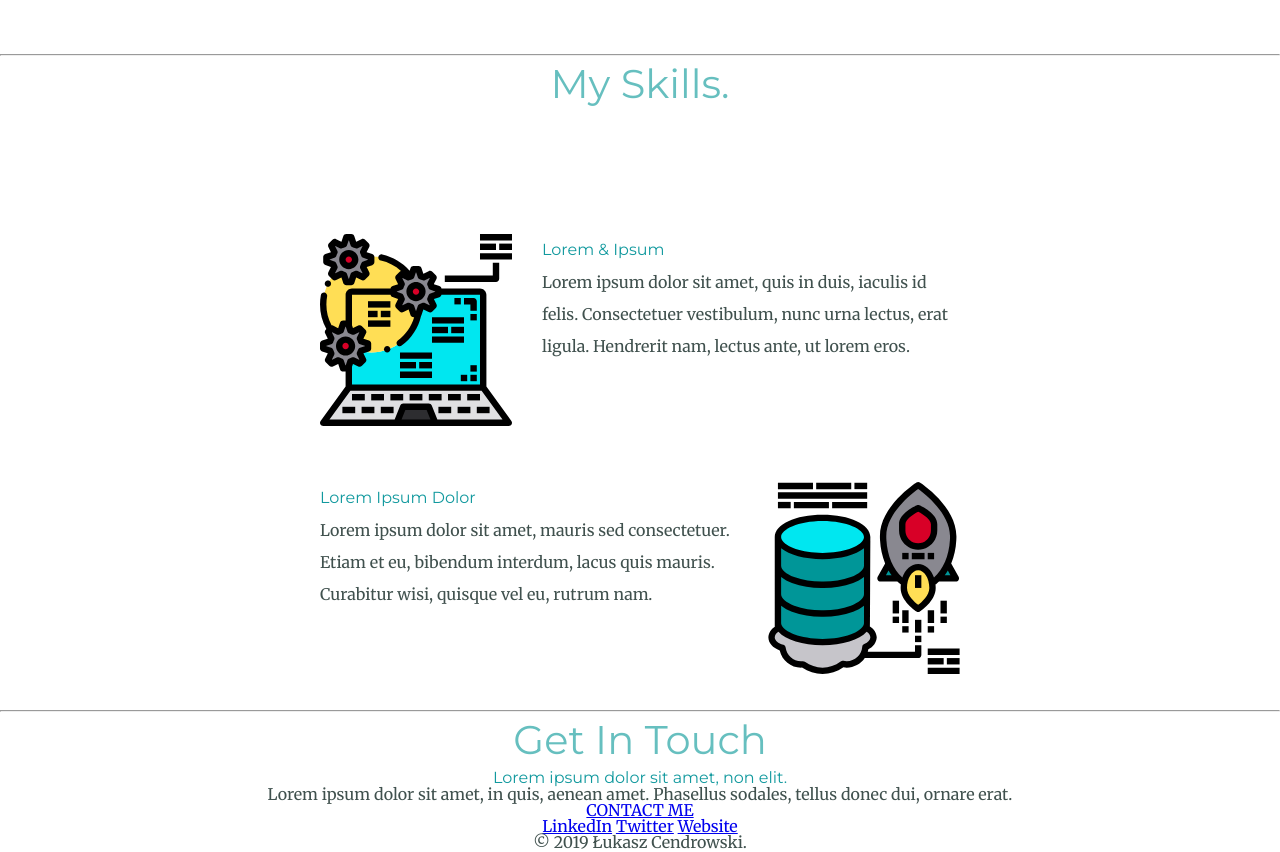
Repository: Isanderr/simple_landing_page-1
Page: index.html
These files come from the project's save history. The page is drawn as it stood at one moment and after the next save; the edit follows.
The browser window is 1280 px wide. The pictures show the part of the page from y = 984 to 1936 px (the page is 1836 px tall before and 1936 px after).
A picture or video elsewhere on the page could not be fetched, so the positions and the page height are approximate.

Above is the page before, as saved 2019-02-01 17:36:07.

### index.html
<!DOCTYPE html>
<html lang="en">

    <head>
        <meta charset="UTF-8">
        <meta name="viewport" content="width=device-width, initial-scale=1.0">
        <meta http-equiv="X-UA-Compatible" content="ie=edge">
        <title>CendrowskiL</title>
        <link rel="stylesheet" href="css/reset.css">
        <link rel="stylesheet" href="css/styles.css">
        <link rel="shortcut icon" href="img/favicon.ico" type="image/x-icon">
        <link href="https://fonts.googleapis.com/css?family=Merriweather|Montserrat|Sacramento" rel="stylesheet">
    </head>

    <body>
    </body>
    <div class="top-container">
        <img class="top-cloud" src="img/cloud.png" alt="cloud-image">
        <h1>I'm Luke</h1>
        <h2>a <span class="pro">pro</span>grammer.</h2>
        <img class="bottom-cloud" src="img/cloud.png" alt="cloud-image">
        <img src="img/mountain.png" alt="mountain-image">
    </div>
    <div class="middle-container">
        <div class="profile">
            <img src="img/man.svg" alt="man" class="man-img">
            <h2>Hello.</h2>
            <p>Lorem ipsum dolor sit amet, vitae volutpat, dui conubia, dolor urna. Non auctor, montes nulla
                distinctio.</p>
        </div>
        <hr>
        <div class="skills">
            <h2>My Skills.</h2>
            <div class="skill-row">
                <img class="computer-img" src="img/optimize.svg" alt="computer">
                <h3>Lorem & Ipsum</h3>
                <p>Lorem ipsum dolor sit amet, quis in duis, iaculis id felis. Consectetuer vestibulum, nunc urna
                    lectus, erat ligula. Hendrerit nam, lectus ante, ut lorem eros.</p>
            </div>
            <div class="skill-row">
                <img src="img/hosting.svg" class="hosting-img" alt="rocket-databes">
                <h3>Lorem Ipsum Dolor</h3>
                <p>Lorem ipsum dolor sit amet, mauris sed consectetuer. Etiam et eu, bibendum interdum, lacus quis
                    mauris. Curabitur wisi, quisque vel eu, rutrum nam.</p>
            </div>
        </div>
        <hr>
        <div class="contact-me">
            <h2>Get In Touch</h2>
            <h3>Lorem ipsum dolor sit amet, non elit.</h3>
            <p>Lorem ipsum dolor sit amet, in quis, aenean amet. Phasellus sodales, tellus donec dui, ornare erat.</p>
            <a class="btn" href="mailto:name@email.com">CONTACT ME</a>
        </div>
    </div>
    <div class="bottom-container">
        <a class="footer-link" href="https://www.linkedin.com/">LinkedIn</a>
        <a class="footer-link" href="https://twitter.com/">Twitter</a>
        <a class="footer-link" href="https://www.appbrewery.co/">Website</a>
        <p>© 2019 Łukasz Cendrowski.</p>
    </div>
    </body>

</html>

### css/styles.css
/* font-family: 'Merriweather', serif;
font-family: 'Sacramento', cursive;
font-family: 'Montserrat', sans-serif; */

body{
    color: #40514E;
    margin: 0;
    text-align: center;
    font-family: 'Merriweather', serif;
}

h1 {
    color: #66bfbf;
    margin-top: 50px auto 0 auto;
    font-family: 'Sacramento', cursive;
    font-size: 5.625rem;
}
h2 {
    font-size: 2.5rem;
    font-family: 'Montserrat', sans-serif;
    color: #66bfbf;
    font-weight: normal;
    padding-bottom: 10px;
}
h3 {
    font-family: 'Montserrat', sans-serif;
    color: #11999E;
}


.top-container {
background-color: #E4f9f5;
position: relative;
padding-top: 100px;
}
.middle-container {

}
.contact-me{

}
.bottom-container {

}

.pro {
    text-decoration: underline;
}

.top-cloud{
position: absolute;
right: 300px;
top: 50px;
}
.bottom-cloud {
position: absolute;
left: 300px;
bottom: 300px;
}

.profile {
    width: 50%;
    margin: auto;
    margin: 100px auto 100px auto;
    line-height: 2;
}

.skill-row {
    width: 50%;
    margin: auto;
    margin: 120px auto 100px auto;
    text-align: left;
    line-height: 2;
}

.man-img {
width: 30%;
}

.computer-img {
    width: 30%;
    float: left;
    margin-right: 30px;
}

.hosting-img {
    width: 30%;
    float: right;
    margin-left: 30px;
}

Loaded but not shown: css/reset.css (common file)

After the next save:
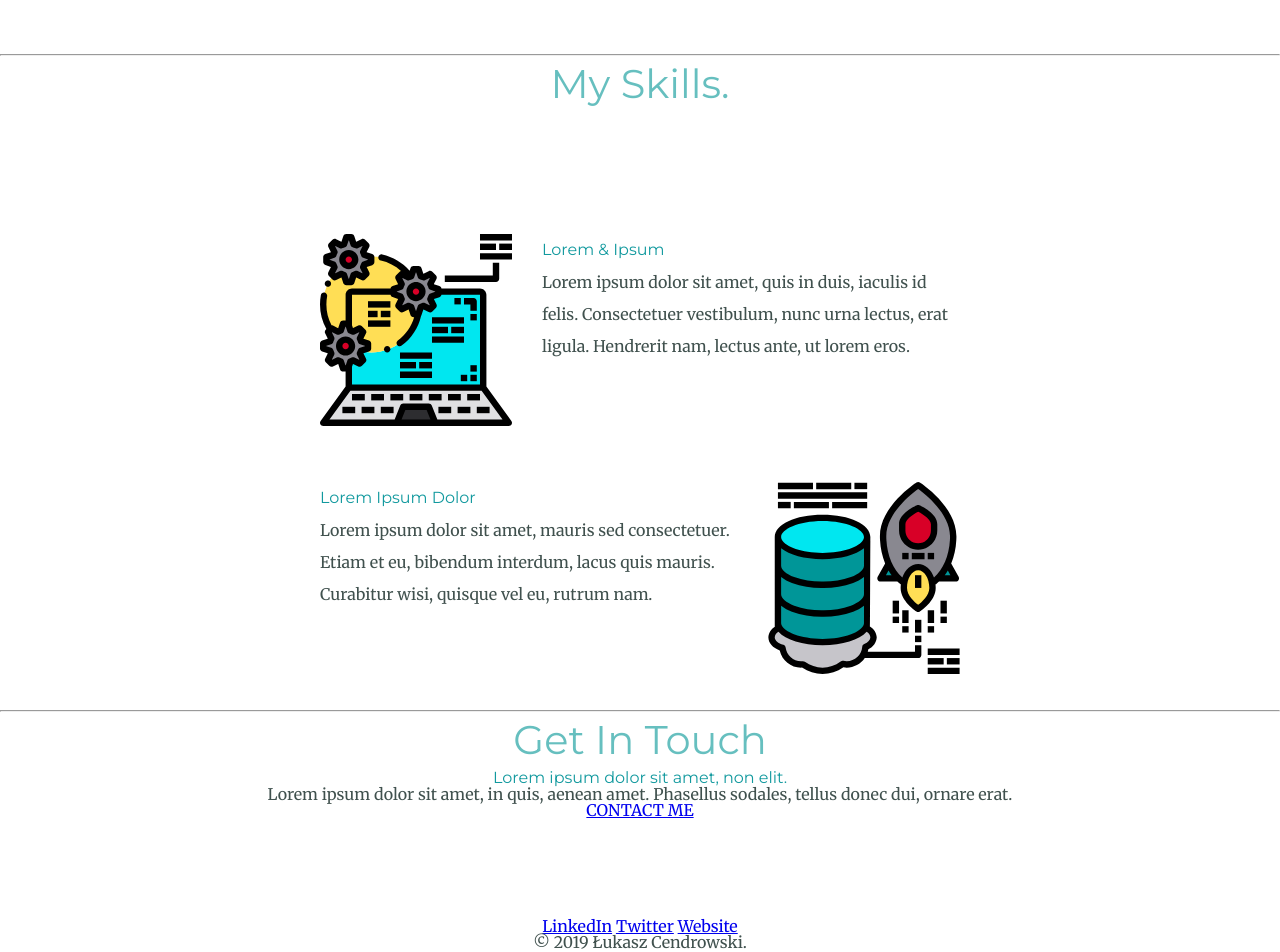
Saved 12 s later.
--- a/css/styles.css
+++ b/css/styles.css
@@ -34,7 +34,7 @@ position: relative;
 padding-top: 100px;
 }
 .middle-container {
-
+margin: 100px 0;
 }
 .contact-me{
 
